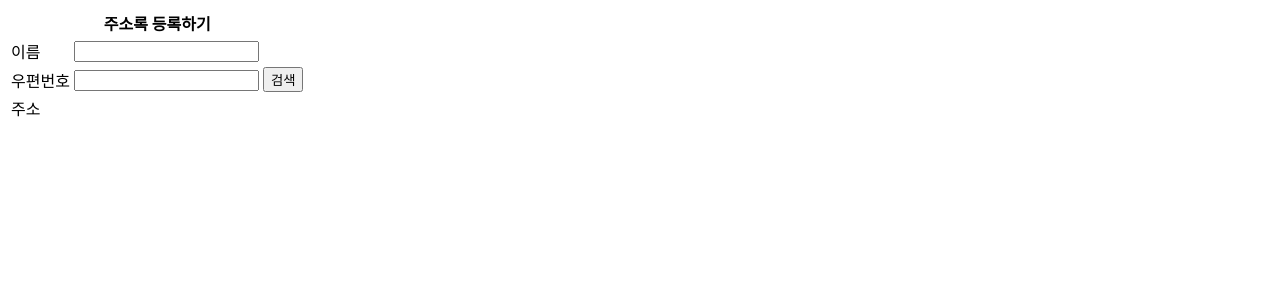
Repository: BosuMamemon/JSP_work
Page: http://localhost/JSP_Project/address/02-28 insert.jsp
An editor plug-in stored every save of this project. The page is shown before and after the next save, followed by the edit.
The browser window is 1280 px wide. The pictures show the whole page.
The page is served by Tomcat 9.

Above is the page before, as saved 2025-02-28 01:10:43.

After the next save:
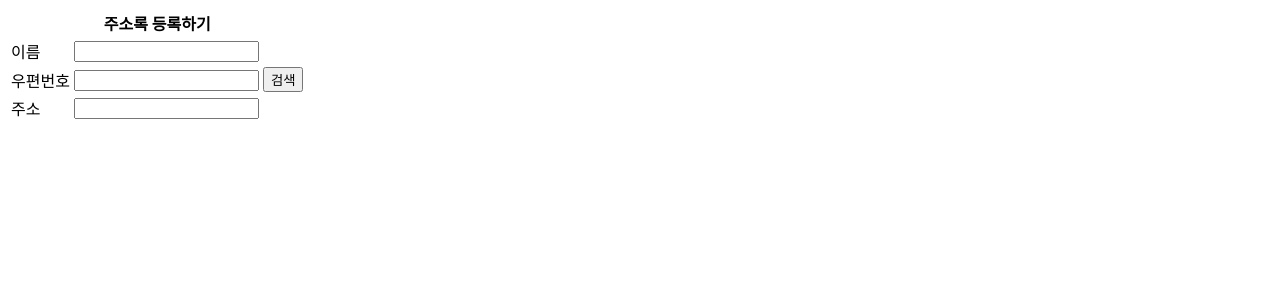
Saved 10 s later.
--- a/workspace/JSP_Project/src/main/webapp/address/02-28 insert.jsp
+++ b/workspace/JSP_Project/src/main/webapp/address/02-28 insert.jsp
@@ -26,7 +26,7 @@
 				</tr>
 				<tr>
 					<td>주소</td>
-					<td><input type="text" name="></td>
+					<td><input type="text" name="address" id="address"></td>
 				</tr>
 				<tr>
 					<td></td>
